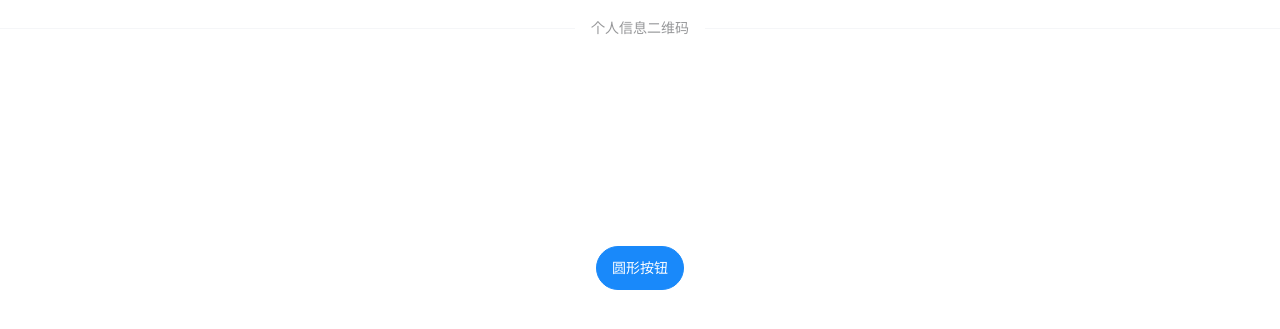
Repository: Ma-Xiao-Chao/hesuan_web
Page: /#/code
These files come from the project's save history. The page is drawn as it stood at one moment and after the next save; the edit follows.
The browser window is 1280 px wide. The pictures show the whole page.
The project was rebuilt for these pictures with package versions that can differ from the ones it lists, and the page was loaded fresh each time. Also part of the build but not shown: src/components/admin/login.vue, src/components/admin/common/main.vue, src/components/admin/Index.vue, src/components/admin/shiguan.vue, src/components/admin/SystemUser.vue, src/components/admin/rewu.vue, src/components/admin/ResultTable.vue, src/components/admin/UserInfo.vue.

Above is the page before, as saved 2022-11-11 17:04:40.

### index.html
<!DOCTYPE html>
<html>
  <head>
    <meta charset="utf-8">
    <meta name="viewport" content="width=device-width,initial-scale=1.0">
    <title>hesuan</title>
  </head>
  <body>
    <div id="app"></div>
    <!-- built files will be auto injected -->
  </body>
</html>

### src/main.js
// The Vue build version to load with the `import` command
// (runtime-only or standalone) has been set in webpack.base.conf with an alias.
import Vue from 'vue'
import App from './App'
import router from './router'
import ElementUI from 'element-ui';
import 'element-ui/lib/theme-chalk/index.css';
import axios from 'axios'
import Vant from 'vant'
import 'vant/lib/index.css';
import qs from 'qs';




Vue.use(ElementUI);
Vue.prototype.qs = qs;
Vue.use(Vant)

Vue.config.productionTip = false
Vue.prototype.$axios = axios
axios.defaults.baseURL = 'http://localhost:8088/api'
/* eslint-disable no-new */
new Vue({
  el: '#app',
  router,
  components: { App },
  template: '<App/>'
})

### src/router/index.js
import Vue from 'vue'
import Router from 'vue-router'
// import HelloWorld from '@/components/HelloWorld'
import login from '@/components/admin/login'
import main from '@/components/admin/common/main'
import Index from '@/components/admin/Index'
import shiguan from '@/components/admin/shiguan'
import SystemUser from '@/components/admin/SystemUser'
import rewu from '@/components/admin/rewu'
import jiance from '@/components/admin/ResultTable'
import renyuan from '@/components/admin/UserInfo'

Vue.use(Router)

export default new Router({
  routes: [
    {
      path: '/',
      name: main,
      component: main,
      children: [
        {
          path: '/',
          component: Index,
        },
        {
          path: '/main/shiguan',
          component: shiguan,
        },
        {
          path: '/main/sysuser',
          component: SystemUser,
        },
        {
          path: '/main/renwu',
          component: rewu,
        },
        {
          path: '/main/jiance',
          component: jiance,
        },
        {
          path: '/main/renyuan',
          component: renyuan,
        },
      ]
    },
    {
      path: '/operator',
      redirect: '/operator/login'
    },
    {
      path: '/login',
      name: login,
      component: login
    },
    {
      path: '/user',
      component: () => import('../components/user/login.vue'),
      meta: { title: '用户登录' }
    },
    {
      path: '/user/index',
      component: () => import('../components/user/index.vue'),
      meta: { title: '用户首页' }
    },
    {
      path: '/user/register',
      component: () => import('../components/user/register.vue'),
      meta: { title: '用户注册' }
    },
    {
      path: '/user/info',
      component: () => import('../components/user/userInfo.vue'),
      meta: { title: '个人信息登记' }
    },
    {
      path: '/user/search',
      component: () => import('../components/user/search.vue'),
      meta: { title: '检测结果查询' }
    }, {
      path: '/user/info/view',
      component: () => import('../components/user/infoView.vue'),
      meta: { title: '个人信息详情' }
    }, {
      path: '/user/info/edit',
      component: () => import('../components/user/infoEdit.vue'),
      meta: { title: '个人信息编辑' }
    },
    {
      path: '/operator/index',
      component: () => import('../components/operator/index.vue'),
      meta: { title: '分组扫码' }
    }, {
      path: '/operator/login',
      component: () => import('../components/operator/login.vue'),
      meta: { title: '采集登陆' }
    }, {
      path: '/operator/selectjob',
      component: () => import('../components/operator/selectJob.vue'),
      meta: { title: '采集任务选择' }
    },{
      path: '/code',
      component: () => import('../components/user/Qrcode.vue'),
      meta: { title: '生成试管二维码' }
    },


  ]
})

### src/components/user/Qrcode.vue
<template>
        <div style="width: 100%" class="center">
                <van-divider>个人信息二维码</van-divider>
                <div class="qrcode" ref="qrCodeUrl"></div>
                <van-button round type="info" @click="creatQrCode()"style="margin: 10px;">圆形按钮</van-button>
        </div>
</template>
<script>
        import QRCode from 'qrcodejs2'
        import { getUrlParam } from "@/components/js/GetUrlParam";
        import { Dialog, Toast } from "vant";
        export default {
                data() {
                        return {

                        }
                },
                methods: {
                        creatQrCode() {
                                new QRCode(this.$refs.qrCodeUrl, {
                                        text: 'af1111', // 需要转换为二维码的内容
                                        width: 180,
                                        height: 180,
                                        colorDark: '#000000',
                                        colorLight: '#ffffff',
                                        correctLevel: QRCode.CorrectLevel.H
                                })
                        },
                }
        }
</script>
<style>
        .qrcode {
                width: 180px;
                height: 180px;
                margin: 0 auto;
        }
</style>

### src/components/js/GetUrlParam.js
export  function getUrlParam(name) {
    return decodeURIComponent((new RegExp('[?|&]' + name + '=' + '([^&;]+?)(&|#|;|$)').exec(location.href) || [, ""])[1].replace(/\+/g, '%20')) || null
}

Loaded but not shown: src/App.vue (common file)

After the next save:
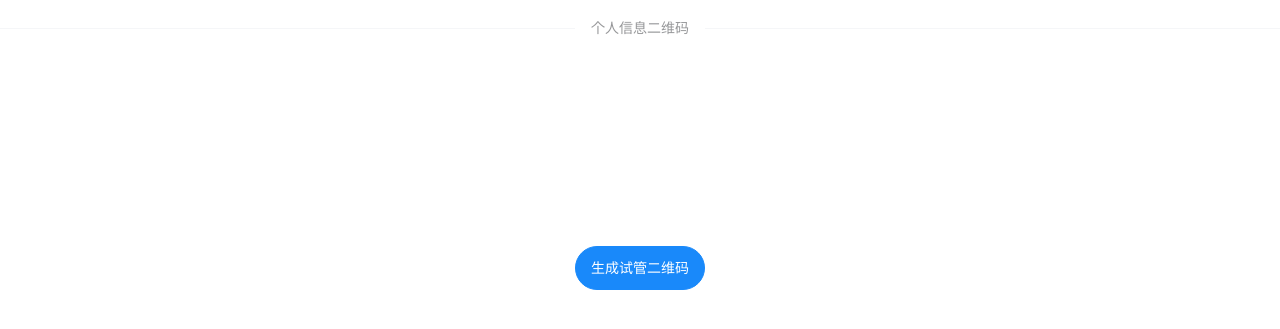
Saved 16 s later.
--- a/src/components/user/Qrcode.vue
+++ b/src/components/user/Qrcode.vue
@@ -2,7 +2,7 @@
         <div style="width: 100%" class="center">
                 <van-divider>个人信息二维码</van-divider>
                 <div class="qrcode" ref="qrCodeUrl"></div>
-                <van-button round type="info" @click="creatQrCode()"style="margin: 10px;">圆形按钮</van-button>
+                <van-button round type="info" @click="creatQrCode()"style="margin: 10px;">生成试管二维码</van-button>
         </div>
 </template>
 <script>
